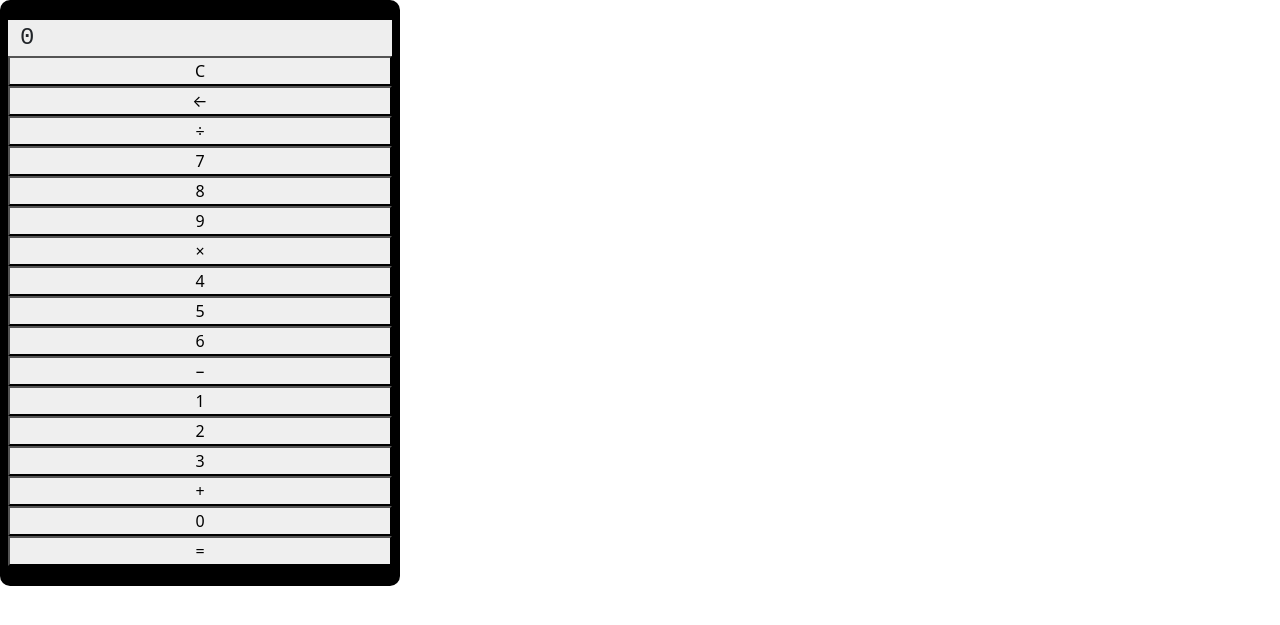
Repository: jgramirez0210/LAB-calculator
Page: index.html
These files come from the project's save history. The page is drawn as it stood at one moment and after the next save; the edit follows.
The browser window is 1280 px wide. The pictures show the whole page.

Above is the page before, as saved 2023-10-10 20:47:17.

After the next save:
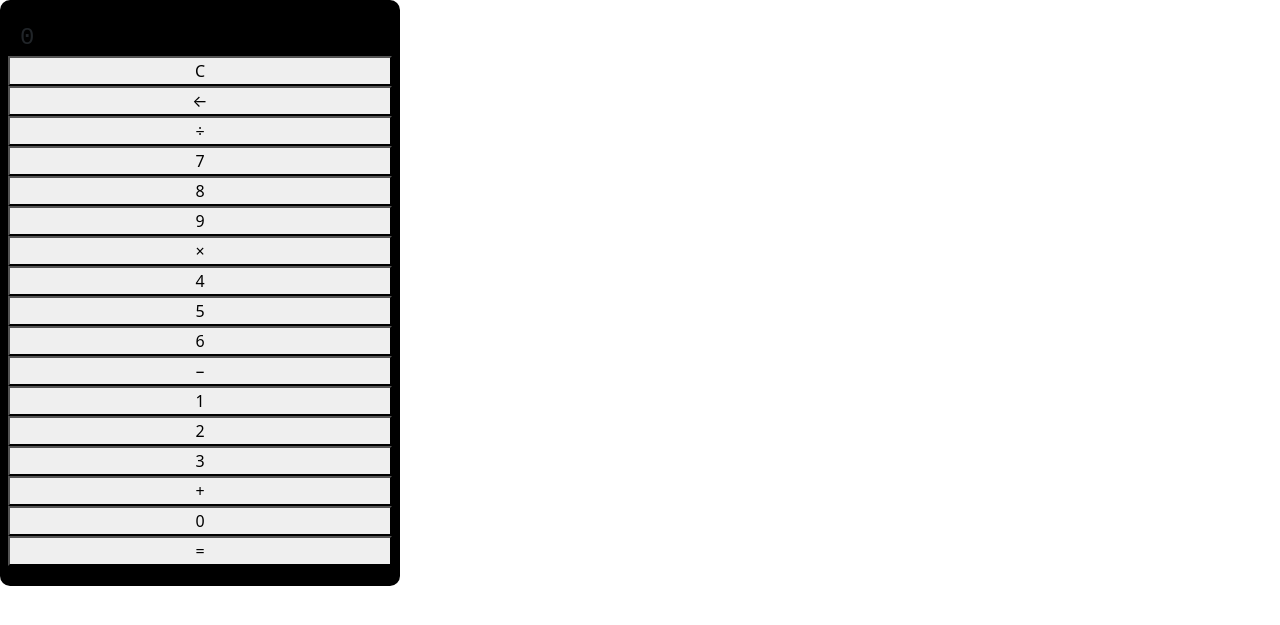
Saved 8 s later.
--- a/main.css
+++ b/main.css
@@ -14,8 +14,9 @@
 
 #display {
   font-family: monospace;
+  background-color: #eee
   grid-column: span 4;
-  background-color: #eee;
+  ;
   font-size: 1.5em;
 
 }
